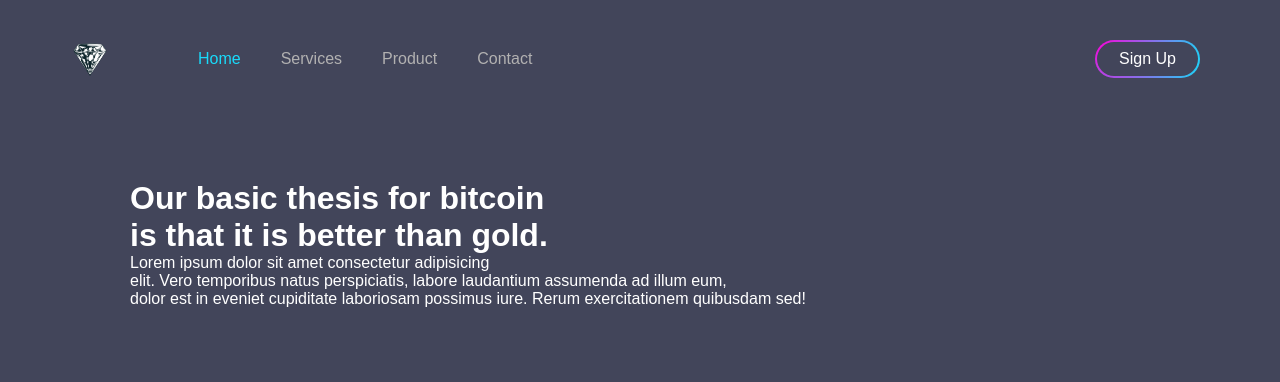
Repository: Aakarshit-Sharma19/Basic-HTML-and-CSS-Page-
Page: index.html
These files come from the project's save history. The page is drawn as it stood at one moment and after the next save; the edit follows.
The browser window is 1280 px wide. The pictures show the whole page.

Above is the page before, as saved 2020-11-10 15:25:25.

### index.html
<!DOCTYPE html>
<html lang="en">

<head>
    <title>Crypto Currency Web App - Easy Tutorials</title>
    <link rel="stylesheet" href="style.css">
</head>

<body>
    <div class="container">
        <div class="menu">
            <ul>
                <li class="logo"><img src="1349.png" alt="diamond"></li>
                <li class="active">Home</li>
                <li>Services</li>
                <li>Product</li>
                <li>Contact</li>
                <li><a href="#" class="signup-btn"><span>Sign Up</span></a></li>
            </ul>
        </div>
        <div class="banner">
            <div class="app-text">
                <h1>Our basic thesis for bitcoin <br> is that it is better than gold.</h1>
                <p>Lorem ipsum dolor sit amet consectetur adipisicing <br>elit. Vero temporibus natus perspiciatis,
                    labore
                    laudantium assumenda ad illum eum,<br> dolor est in eveniet cupiditate laboriosam possimus iure.
                    Rerum
                    exercitationem quibusdam sed!</p>
            </div>
        </div>
    </div>
</body>

</html>

### style.css
* {
    margin: 0;
    padding: 0;
    font-family: sans-serif;
}

body{
    background: #42455a;
}
.container{
    width: 100%;
    height: 100%;
}

.menu ul{
    display: inline-flex;
    margin: 50px;
}

.menu ul li{
    list-style: none;
    margin: 0 20px;
    color: #b2b1b1;
    cursor: pointer;
}

.logo img{
    width: 40px;
    margin-top: -12px;
    margin-right: 48px;
}

.active{
    color: #19dafa!important;
}

.signup-btn{
    top: 40px;
    right: 80px;
    position: absolute;
    text-decoration: none;
    color: #fff;
    border: 2px solid transparent;
    border-radius: 20px;
    background-image: linear-gradient(#42455a, #42455a), radial-gradient(circle at top left, #fd00da, #19d7f8);
    background-origin: border-box;
    background-clip: content-box,border-box;
}

.signup-btn span{
    display: block;
    padding: 8px 22px;
}

.banner{
    width: 80%;
    height: 70%;
    top: 25%;
    left: 130px;
    position: absolute;
    color: #fff;
}

After the next save:
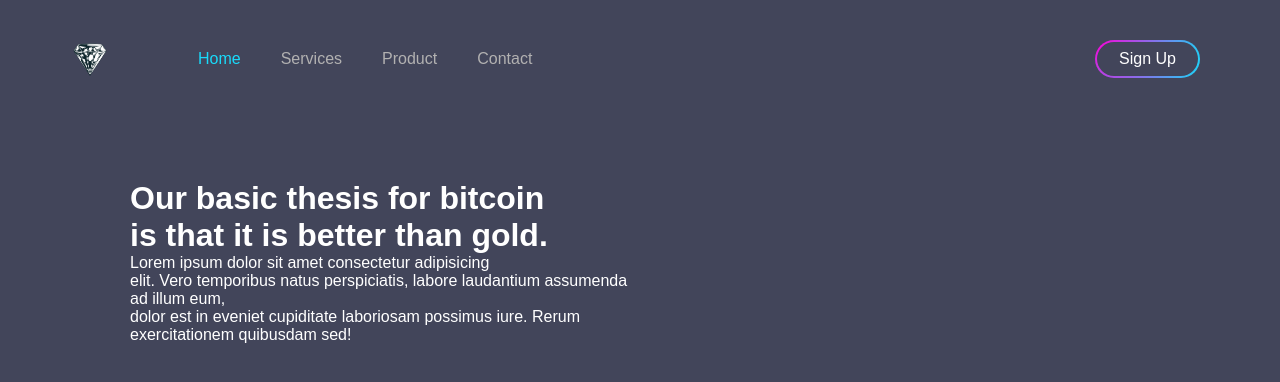
Saved 25 s later.
--- a/style.css
+++ b/style.css
@@ -60,3 +60,8 @@ body{
     position: absolute;
     color: #fff;
 }
+
+.app-text{
+    width: 50%;
+    float: left;
+}
